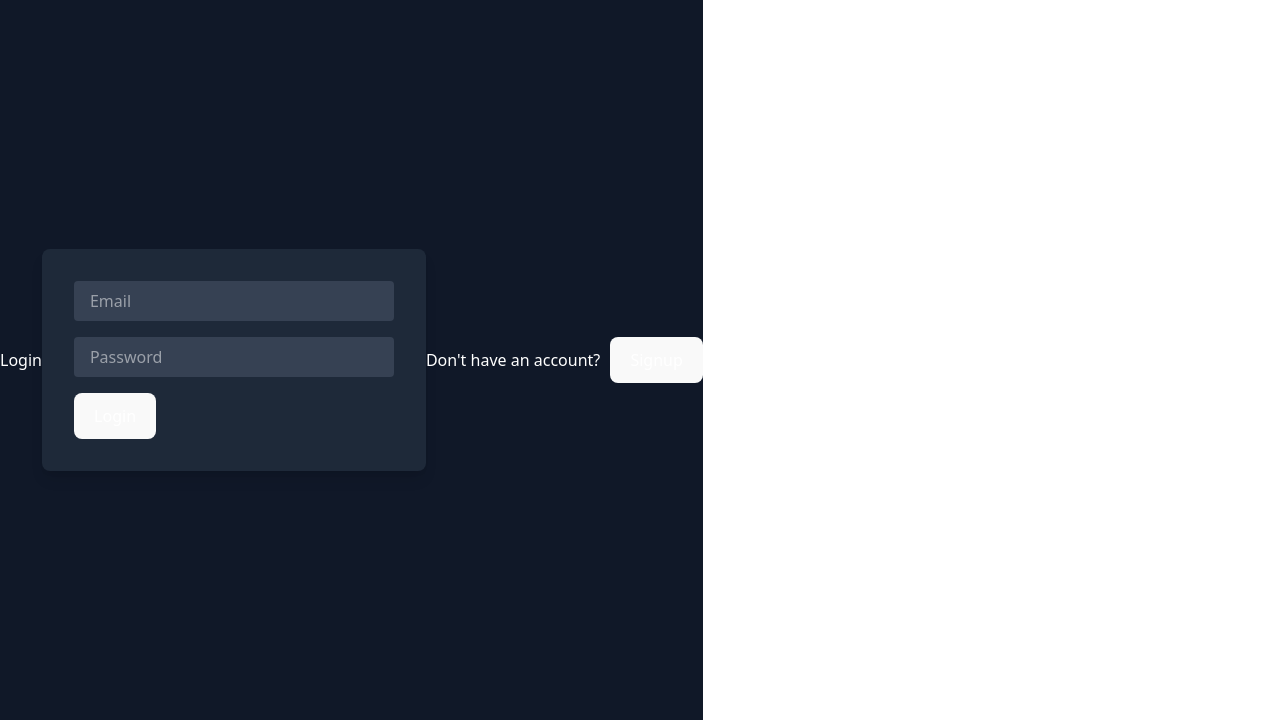
Repository: Reno-mathews/Study-Planner-MERN
Page: / (app in client/)
An editor plug-in stored every save of this project. The page is shown before and after the next save, followed by the edit.
The browser window is 1280 px wide. The pictures show the whole page.
The project was rebuilt for these pictures with package versions that can differ from the ones it lists, and the page was loaded fresh each time. Also part of the build but not shown: client/vite.config.js.

Above is the page before, as saved 2026-01-16 11:55:05.

After the next save:
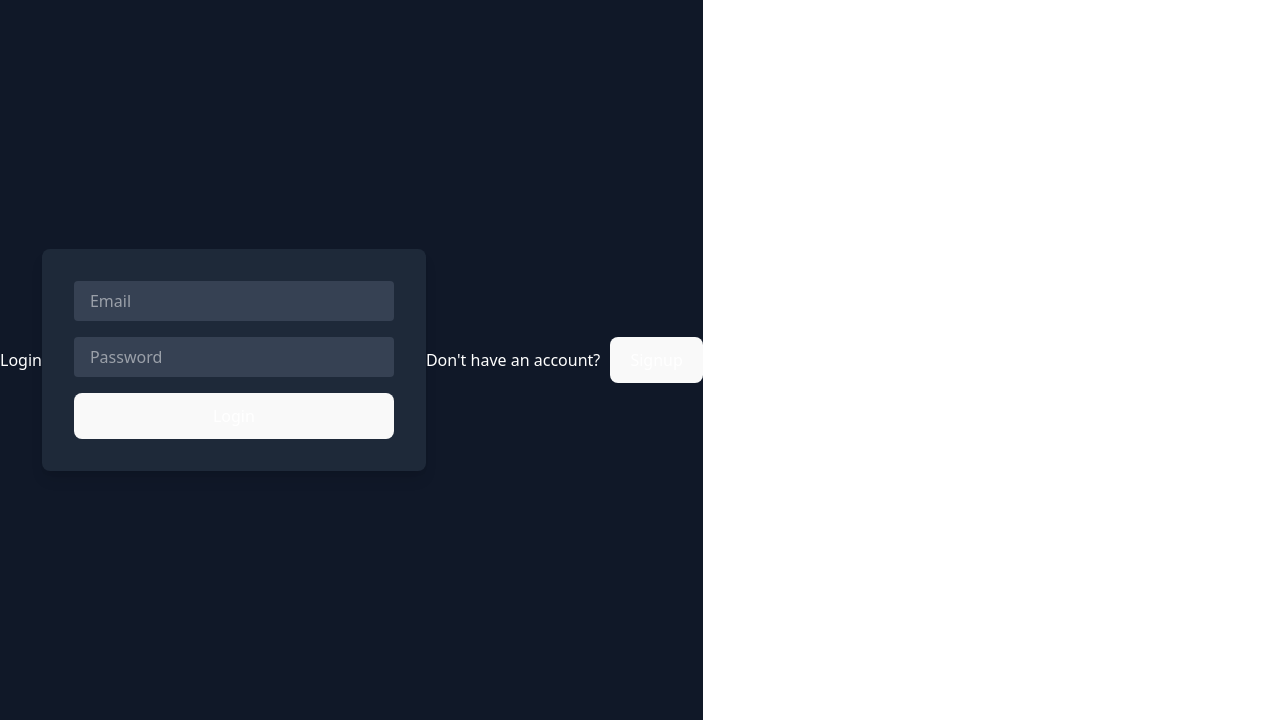
Saved 115 s later.
--- a/client/src/App.jsx
+++ b/client/src/App.jsx
@@ -164,7 +164,10 @@ function App() {
               onChange={(e) => setPassword(e.target.value)}
             />
 
-            <button type="submit">
+            <button
+              className="w-full bg-blue-600 hover:bg-blue-700 py-2 rounded font-semibold"
+              type="submit"
+              >
               {isSignup ? "Signup" : "Login"}
             </button>
           </form>
